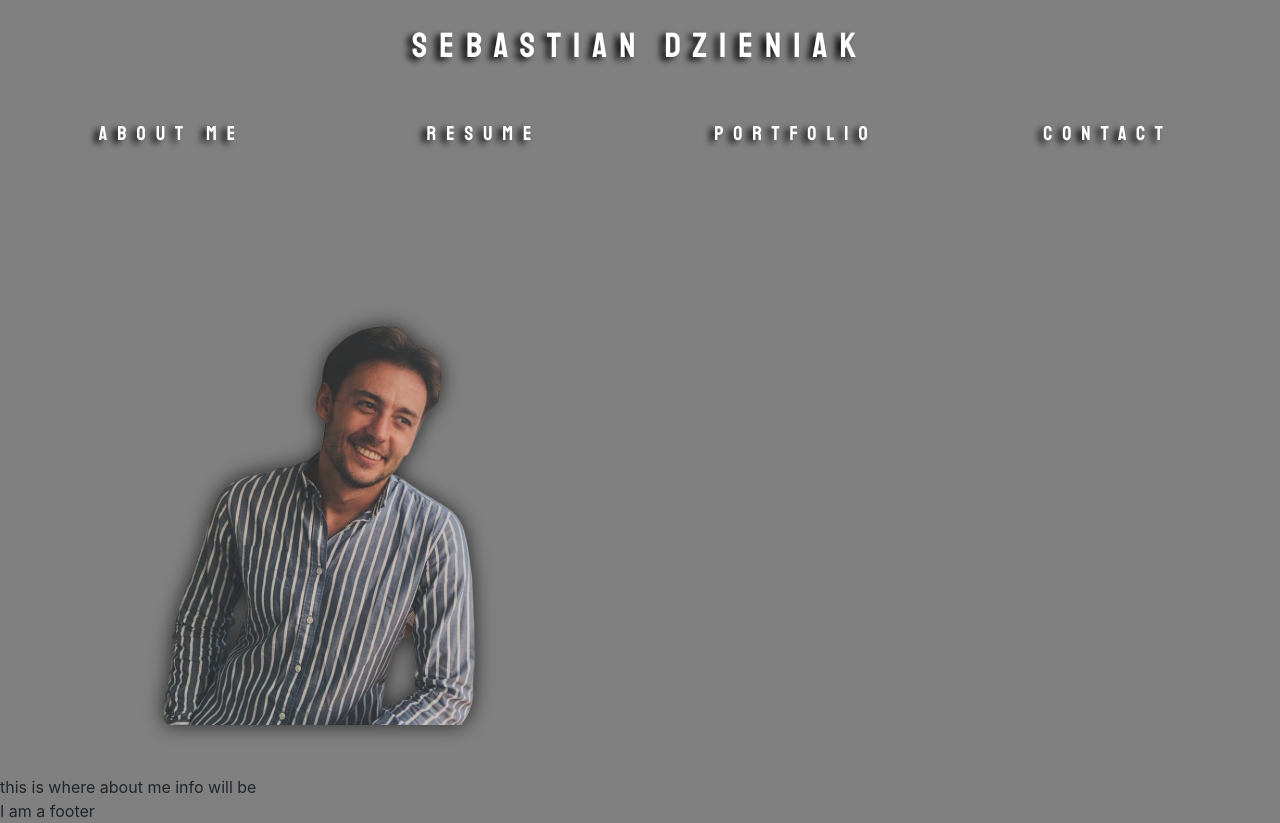
Repository: Code-Institute-Submissions/sebson1990-portfolio.sebastian
Page: index.html
The author's editor kept a record of every edit. The page is drawn from the files as they stood at one moment, then again after the next edit.
The browser window is 1280 px wide. The pictures show the whole page.

Above is the page before.

After the next edit:
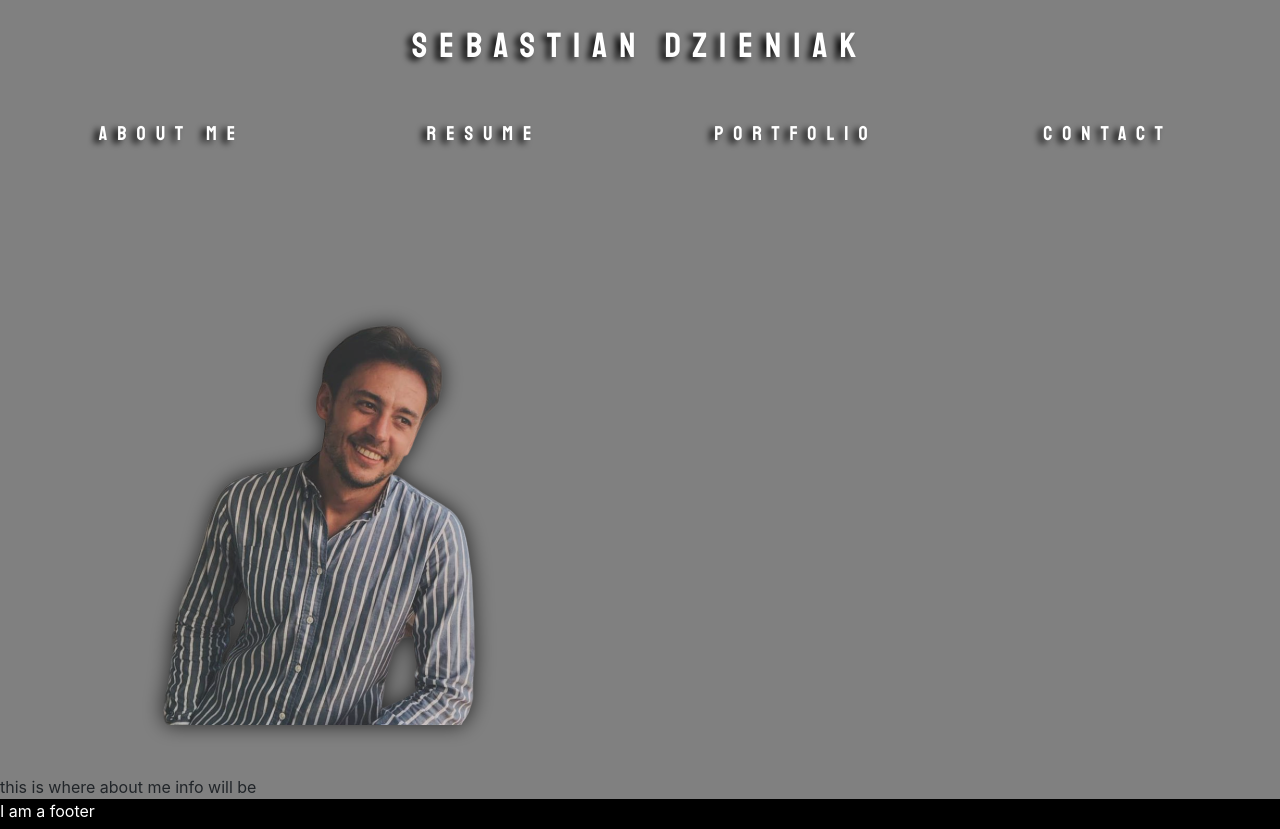
The edit:
--- a/css/style.css
+++ b/css/style.css
@@ -75,3 +75,11 @@
     margin-left: 150px;
 
 }
+
+.footer {
+    position: absolute;
+    background-color: black;
+    height: 30px;
+    width: 100%;
+    color: white;
+}
